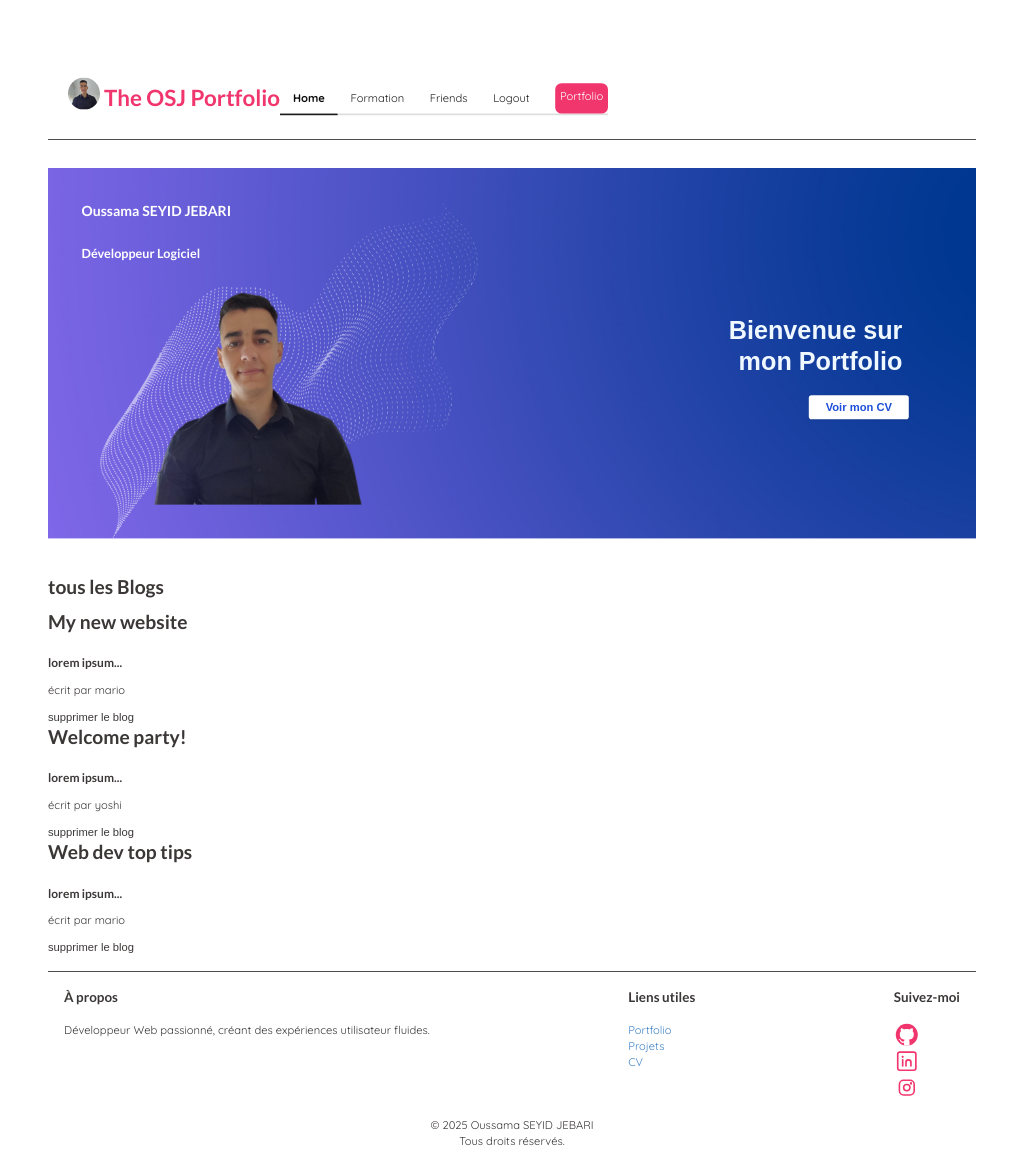
Repository: OussamSJ/Portfolio
Page: /
The author's editor kept a copy of each file at every save. The page is drawn from the files as they stood at one save, then again after the next save.
The browser window is 1280 px wide. The pictures show the whole page, at 80% of full size.
The project was rebuilt for these pictures with package versions that can differ from the ones it lists, and the page was loaded fresh each time. Also part of the build but not shown: src/Random.js, src/Cv.js, src/Expcomponent.js, src/Experiences.js, src/FormationComponent.js, src/Formation.js.

Above is the page before, as saved 2025-05-10 11:19:51.

After the next save:
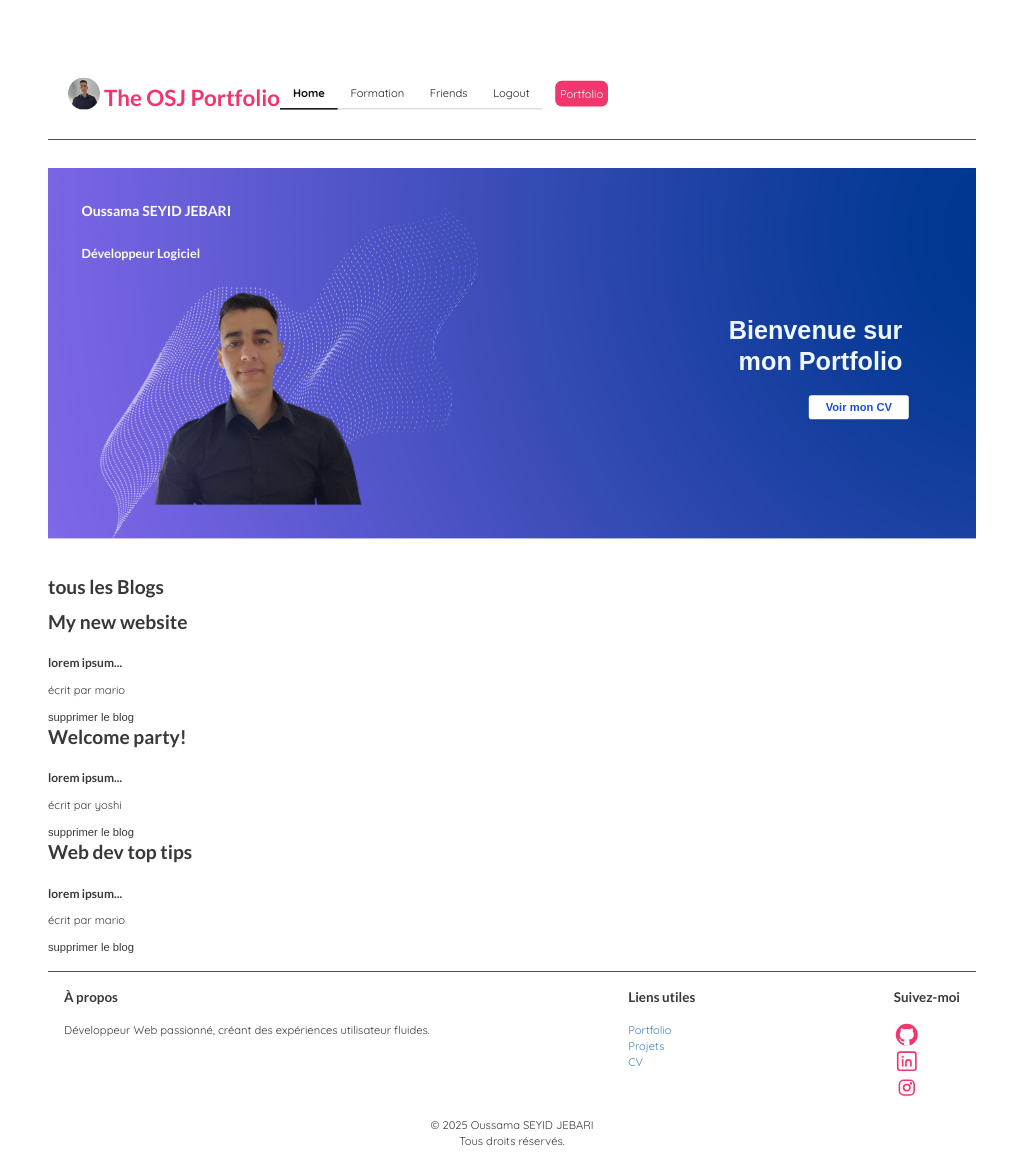
Saved 17 s later.
--- a/src/Navbar.js
+++ b/src/Navbar.js
@@ -38,13 +38,13 @@
               />
 
             </MenuMenu>
-            <a href="/" style={{
+
+          </Menu>
+          <a href="/" style={{
             color: 'white',
             backgroundColor: '#f1356d',
             borderRadius: '8px'
           }}>Portfolio</a>
-          </Menu>
-
       </nav>
     );
   }
